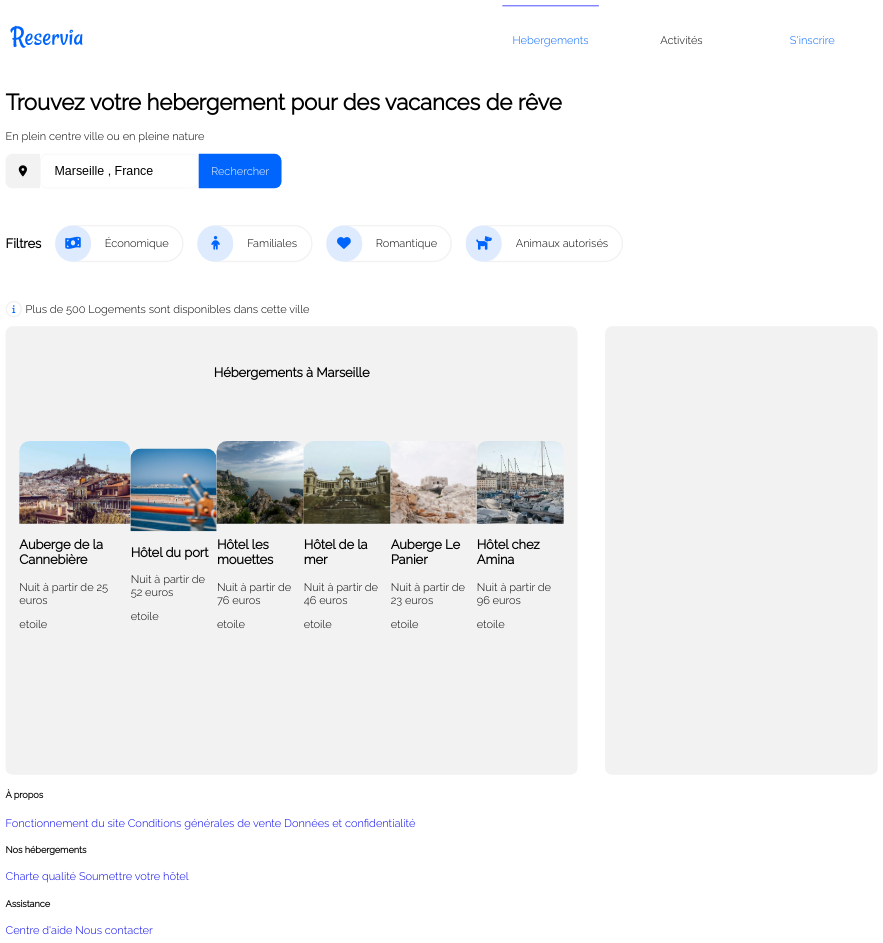
Repository: jaydeeonghub/DYLANBARBARISI_2_16062021
Page: index.html
The author's editor kept a copy of each file at every save. The page is drawn from the files as they stood at one save, then again after the next save.
The browser window is 1280 px wide. The pictures show the whole page, at 69% of full size.
Some web libraries are served in a nearby version.

Above is the page before, as saved 2021-07-13 19:26:54.

### index.html
<!DOCTYPE html>
<html lang="fr">
<head>
    <script src="https://kit.fontawesome.com/864c7a6a3c.js" crossorigin="anonymous"></script>
    <link href="//netdna.bootstrapcdn.com/font-awesome/3.2.1/css/font-awesome.css" rel="stylesheet">
    <link rel="preconnect" href="https://fonts.gstatic.com">
    <link href="https://fonts.googleapis.com/css2?family=Raleway:wght@300&display=swap" rel="stylesheet">
    <link rel="stylesheet" href="./Styles.css">
        <meta charset="UTF-8">
        <meta http-equiv="X-UA-Compatible" content="IE=edge">
        <meta name="viewport" content="width=device-width, initial-scale=1.0">
    <title>Reservia</title>
</head>
<body>
    <header>
    <div class="Barre_de_navigation"> <!--Barre de navigation-->
        <div>
        <img
             class="marglogo"
             src="Assets/Logo/Reservia@3x.png"
             alt="Logo Reservia Responsive"
             srcset="Assets/Logo/Reservia.svg"
             width="120px"
             height="50px"
        />
    </div>
<nav class="LiensNav flexAround">
        <div class=" LiensNav2 flexCentre bordureNav">
        <a class="colorBleu decorationNone" href="#Hebergements">Hebergements</a>
    </div>
        <div class="LiensNav2 flexCentre">
        <a class="LiensColor2 decorationNone" href="#Activités">Activités</a>
    </div>
        <div class="LiensNav2 flexCentre">
            <a class="colorBleu decorationNone" href="#S'inscrire">S'inscrire</a></div>
    </nav>
    </header>
<main>
    <h1 class="texteGras">
    Trouvez votre hebergement pour des vacances de rêve
    </h1> <!--Titre d'accroche de la landing page-->
    <p>En plein centre ville ou en pleine nature</p>
    <div class="filtre margFiltreTitre">
        <div class="backGris flexCentre iconSize">
            <i class="fas fa-map-marker-alt"></i></div>
        <div>
            <input
                class="recherche flexCentre bordureSearch paddingSearch"
                type="search"
                value="Marseille , France"
                />
            </div>
        <div class="backBleu flexCentre buttonSearch">Rechercher</div>
          </div>
          <div class="filtre margFiltre">
              <div class="margFiltreTitre"><h3>Filtres</h3></div>
          <div class="flexBetween filtreTexteIcons">
              <i class="fas fa-money-bill-wave fa-lg filtreIcons flexCentre"></i>
              <div class="filtreTexte flexCentre">Économique</div>
          </div>
          <div class="flexBetween filtreTexteIcons">
              <i class="fas fa-child fa-lg filtreIcons flexCentre"></i>
              <div class="filtreTexte flexCentre">Familiales</div>
          </div>
          <div class="flexBetween filtreTexteIcons">
              <i class="fas fa-heart fa-lg filtreIcons flexCentre"></i>
              <div class="filtreTexte flexCentre">Romantique</div>
          </div>
          <div class="flexBetween filtreTexteIcons">
              <i class="fas fa-dog fa-lg filtreIcons flexCentre"></i>
              <div class="filtreTexte flexCentre">Animaux autorisés</div>
          </div>
        </div>
    <div class="info">
        <div class="parentIcon flexCentre">
        <i class="fas fa-info fa-xs colorBleu"></i>
        </div>
    <p>Plus de 500 Logements sont disponibles dans cette ville</p> <!--Nombre approximatif de logements disponibles aux alentours-->
    </div>
    <section class="flexAround">
        <div class="flexColumnAround sizeHebergements backGris blocHebergements">
            <h3>Hébergements à Marseille</h3>
            <div class="bloc1 flexBetween">
                <div>
                    <div class="imgHebergements1"></div>
                    <div>
                        <h3>Auberge de la Cannebière</h3>
                        <p>Nuit à partir de 25 euros</p>
                        <div>etoile</div>
                    </div>
                </div>
                <div>
                    <div class="imgHebergements2"></div>
                    <div>
                        <h3>Hôtel du port</h3>
                        <p>Nuit à partir de 52 euros</p>
                        <div>etoile</div>
                    </div>
                </div>
                <div>
                    <div class="imgHebergements3"></div>
                    <div>
                        <h3>Hôtel les mouettes</h3>
                        <p>Nuit à partir de 76 euros</p>
                        <div>etoile</div>
                    </div>
                </div>
                <div class="bloc2 flexBetween">
                    <div>
                        <div class="imgHebergements4"></div>
                        <div>
                            <h3>Hôtel de la mer</h3>
                            <p>Nuit à partir de 46 euros</p>
                            <div>etoile</div>
                        </div>
                    </div>
                    <div>
                        <div class="imgHebergements5"></div>
                        <div>
                            <h3>Auberge Le Panier</h3>
                            <p>Nuit à partir de 23 euros</p>
                            <div>etoile</div>
                        </div>
                    </div>
                    <div>
                        <div class="imgHebergements6"></div>
                        <div>
                            <h3>Hôtel chez Amina</h3>
                            <p>Nuit à partir de 96 euros</p>
                            <div>etoile</div>
                        </div>
                    </div>
                </div>
                </div>
                <div></div>
                <p></p>
    </div>
    <div class="sizePopulaires backGris"></div>
    </section>
    </main>
    <footer>
        <h5>À propos</h5>
            <a href="#Fonctionnementdusite">Fonctionnement du site</a>
            <a href="#CGV">Conditions générales de vente</a>
            <a href="Confidentialité">Données et confidentialité</a>
        <h5>Nos hébergements</h5>
            <a href="#chartequalité">Charte qualité</a>
            <a href="#Soumettrehôtel">Soumettre votre hôtel</a>
        <h5>Assistance</h5>
            <a href="#Centre d'aide">Centre d'aide</a>
            <a href="#Contact">Nous contacter</a>
    </footer>


</body>
</html>

### Styles.css
*
html,body {font-family: Raleway;}

li {display: inline;}

a {text-decoration: none;}

.flexCentre {

    display: flex;
    justify-content: center;
    align-items: center;
}

.flexAround {

    display: flex;
    justify-content: space-around;
    align-items: center;
}
.flexBetween {
    display: flex;
    justify-content: space-between;
    align-items: center;
}
.flexColumnCentre {

    display: flex;
    flex-direction: column;
    justify-content: center;
    align-items: center;
}

.flexColumnAround {

    display: flex;
    flex-direction: column;
    justify-content: space-around;
    align-items: center;
}
.flexColumnBetween {
    display: flex;
    flex-direction: column;
    justify-content: space-between;
    align-items: center;
}

/* NAV */

.Barre_de_navigation {
    display: flex;
    justify-content: space-between;
    align-items: center;
    font-family: Raleway;
}
.bordureNav {
    border-top: 1px solid blue;
}
.bordureNav2 {
    border-top: 1px solid transparent;
}

.LiensNav {
    width: 45%;
}
.LiensNav2 {
    width: 140px;
    height: 99px;
}
.texteGras {

    font-weight: bold;
}
.sizeNav {
    height: 100px;
}
.LiensColor2 {
    color: black;
}
.marglogo {
    margin-bottom: 7px;
}

/* Colors */

.colorBleu {
    color: #0065fc;
}
.colorBleuClair {
    color: #deebff
}
.colorGris {
    color: #f2f2f2
}
.backBleu {
    background-color: #0065fc;
}
.backBleuClair {
    background-color: #deebff
}
.backGris {
    background-color: #f2f2f2
}

/* HEADER*/

.bordureSearch {
    width: 400px;
    border-radius: 10px;
    border: 0.5px solid #f2f2f2;
}
.paddingSearch {
    padding-left: 20px;
}
.recherche {
    height: 50px;
    width: 230px;
    font-size: 18px;
    color: black
    font-weight: bold
}
.iconSize {
    height: 50px;
    width: 50px;
    border-radius: 10px 0 0 10px;
}
.buttonSearch {
    height: 50px;
    width: 120px;
    color: white;
    cursor: pointer;
    border-radius: 0 10px 10px 0;
}

/* Filtres */

.filtre {
    display: flex;
    align-items: center;
}
.margFiltre {
    margin-top: 50px;
    margin-bottom: 40px;
}
.margFiltreTitre {
    margin-right: 20px;
}
.filtreTexteIcons {
    border: 2px solid #f2f2f2;
    height: 50px;
    border-radius: 30px;
    margin-right: 20px;
}
.filtreIcons {
    margin-left: -2px;
    border-radius: 25px;
    width: 52px;
    height: 52px;
    color: #0065fc;
    background-color: #deebff;
}
.filtreTexteIcons:hover > .filtreTexte {
    color:#0065fc
}
.filtreTexteIcons:hover > .filtreIcons {
    color:white;
    background-color:#0065fc;
}
.filtreTexte {
    height: 50px;
    padding-left: 20px;
    padding-right: 20px;
    border-radius: 0 25px 25px 0;
}
.bordureNone {
    border-style: none
}
/*Info */

.info {
    display: flex;
    align-items:center
}
.parentIcon {
    width: 20px;
    height: 20px;
    border: 2px solid #f2f2f2;
    border-radius: 25px;
    margin-right:  5px;
}

/* Hebergements */

.sizePopulaires {
    flex: 1;
    height: 650px;
    margin-left: 20px;
    border-radius: 10px;
}
.sizeHebergements {
flex: 2;
height: 650px;
margin-right: 20px;
border-radius: 10px;
}
.imgHebergements1 {
    background-image: url("./Assets/Images/4_small/florian-wehde-xW9e8gdotxI-unsplash.jpg");
    background-size: cover;
    background-position: center;
    width: 100%;
    height: 120px;
    border-radius: 15px 15px 0 0;
}
.imgHebergements2 {
    background-image: url("./Assets/Images/4_small/kevin-hikari-rV_Qd1l-VXg-unsplash.jpg");
    background-size: cover;
    background-position: center;
    width: 100%;
    height: 120px;
    border-radius: 15px 15px 0 0;
}
.imgHebergements3 {
    background-image: url("./Assets/Images/4_small/kilyan-sockalingum-NR8-cBCN3aI-unsplash.jpg");
    background-size: cover;
    background-position: center;
    width: 100%;
    height: 120px;
    border-radius: 15px 15px 0 0;
}
.imgHebergements4 {
    background-image: url("./Assets/Images/4_small/lena-paulin-wH2-EJoDcV0-unsplash.jpg");
    background-size: cover;
    background-position: center;
    width: 100%;
    height: 120px;
    border-radius: 15px 15px 0 0;
}
.imgHebergements5 {
    background-image: url("./Assets/Images/4_small/paul-hermann-QFTrLdQIRhI-unsplash.jpg");
    background-size: cover;
    background-position: center;
    width: 100%;
    height: 120px;
    border-radius: 15px 15px 0 0;
}
.imgHebergements6 {
    background-image: url("./Assets/Images/4_small/reno-laithienne-QUgJhdY5Fyk-unsplash.jpg");
    background-size: cover;
    background-position: center;
    width: 100%;
    height: 120px;
    border-radius: 15px 15px 0 0;
}
.blocHebergements {
    padding-left: 20px;
    padding-right: 20px;
}

After the next save:
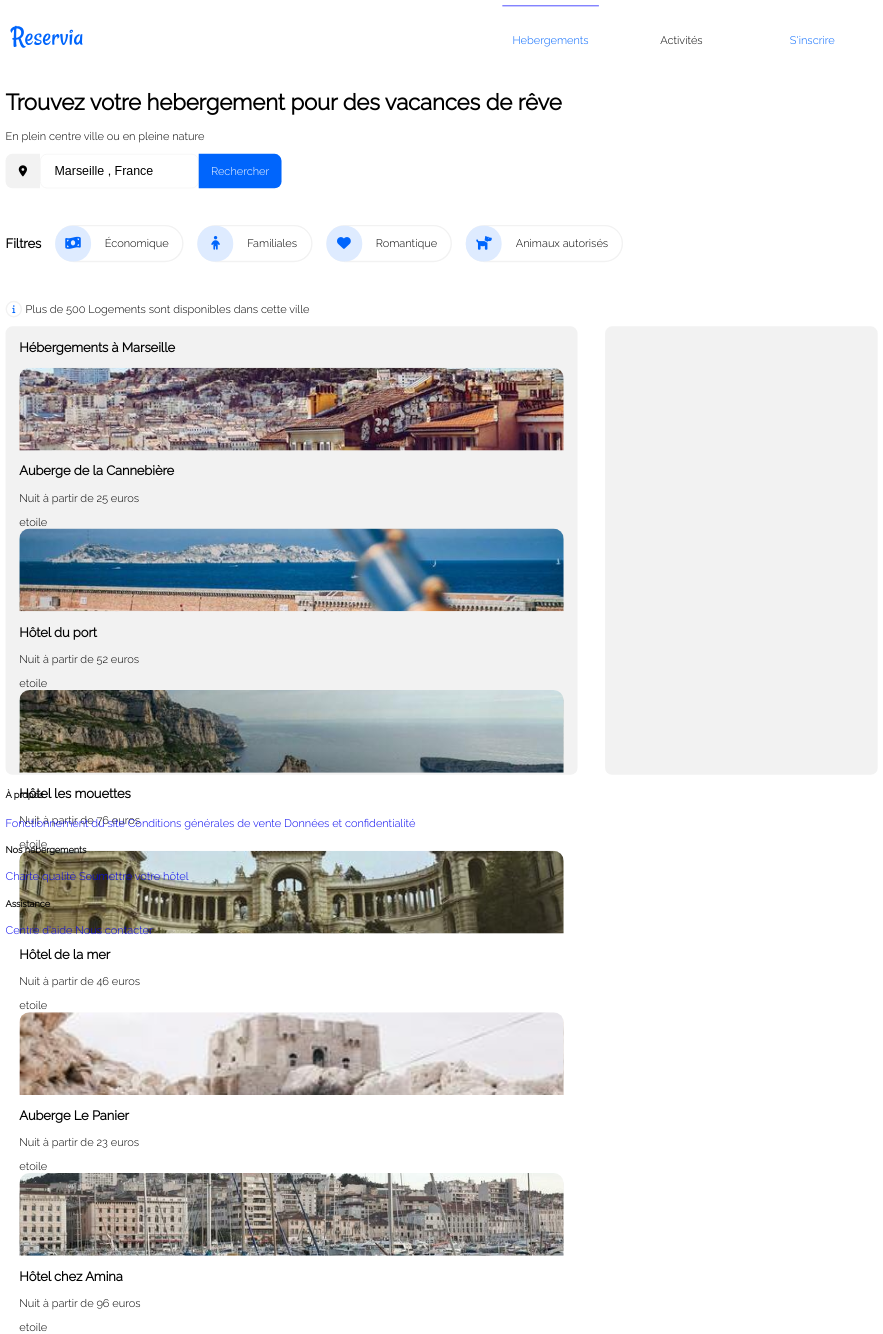
Saved 4 min 3 s later.
--- a/index.html
+++ b/index.html
@@ -78,9 +78,9 @@
     <p>Plus de 500 Logements sont disponibles dans cette ville</p> <!--Nombre approximatif de logements disponibles aux alentours-->
     </div>
     <section class="flexAround">
-        <div class="flexColumnAround sizeHebergements backGris blocHebergements">
+        <div class="sizeHebergements backGris blocHebergements">
             <h3>Hébergements à Marseille</h3>
-            <div class="bloc1 flexBetween">
+            <div class="bloc1">
                 <div>
                     <div class="imgHebergements1"></div>
                     <div>
@@ -105,7 +105,7 @@
                         <div>etoile</div>
                     </div>
                 </div>
-                <div class="bloc2 flexBetween">
+                <div class="bloc2">
                     <div>
                         <div class="imgHebergements4"></div>
                         <div>

After the save that followed:
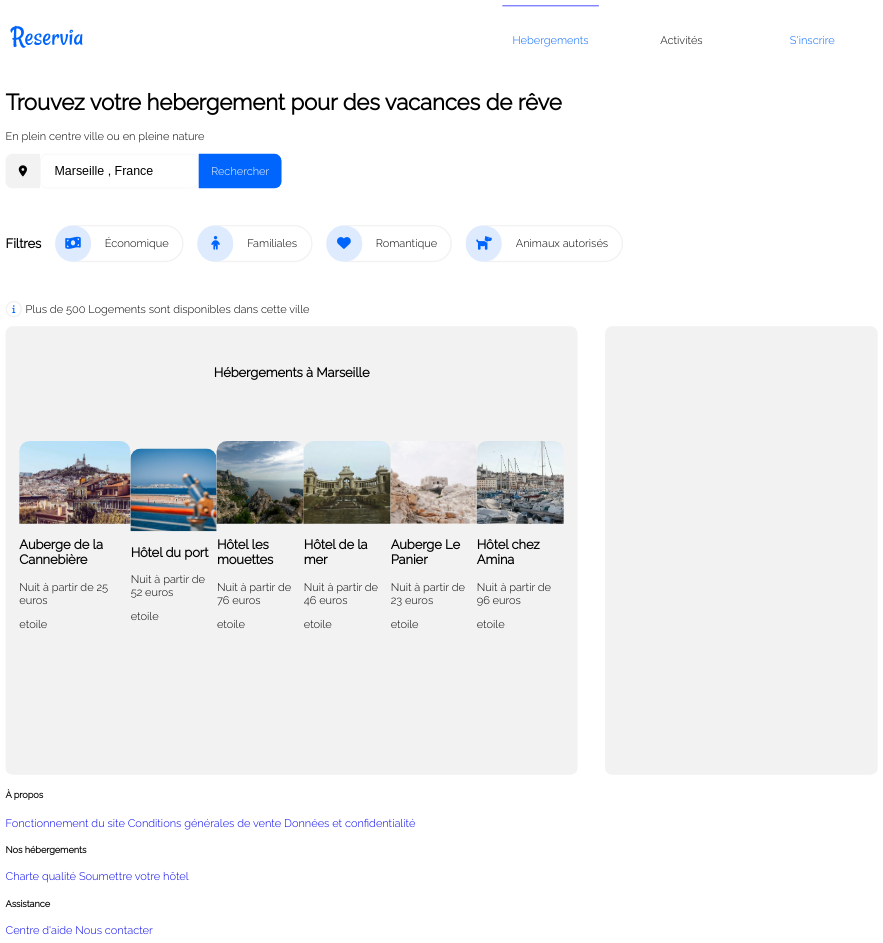
Saved 109 s later.
--- a/index.html
+++ b/index.html
@@ -78,9 +78,9 @@
     <p>Plus de 500 Logements sont disponibles dans cette ville</p> <!--Nombre approximatif de logements disponibles aux alentours-->
     </div>
     <section class="flexAround">
-        <div class="sizeHebergements backGris blocHebergements">
+        <div class="flexColumnAround sizeHebergements backGris blocHebergements">
             <h3>Hébergements à Marseille</h3>
-            <div class="bloc1">
+            <div class="bloc1 flexBetween">
                 <div>
                     <div class="imgHebergements1"></div>
                     <div>
@@ -105,7 +105,7 @@
                         <div>etoile</div>
                     </div>
                 </div>
-                <div class="bloc2">
+                <div class="bloc2 flexBetween">
                     <div>
                         <div class="imgHebergements4"></div>
                         <div>
